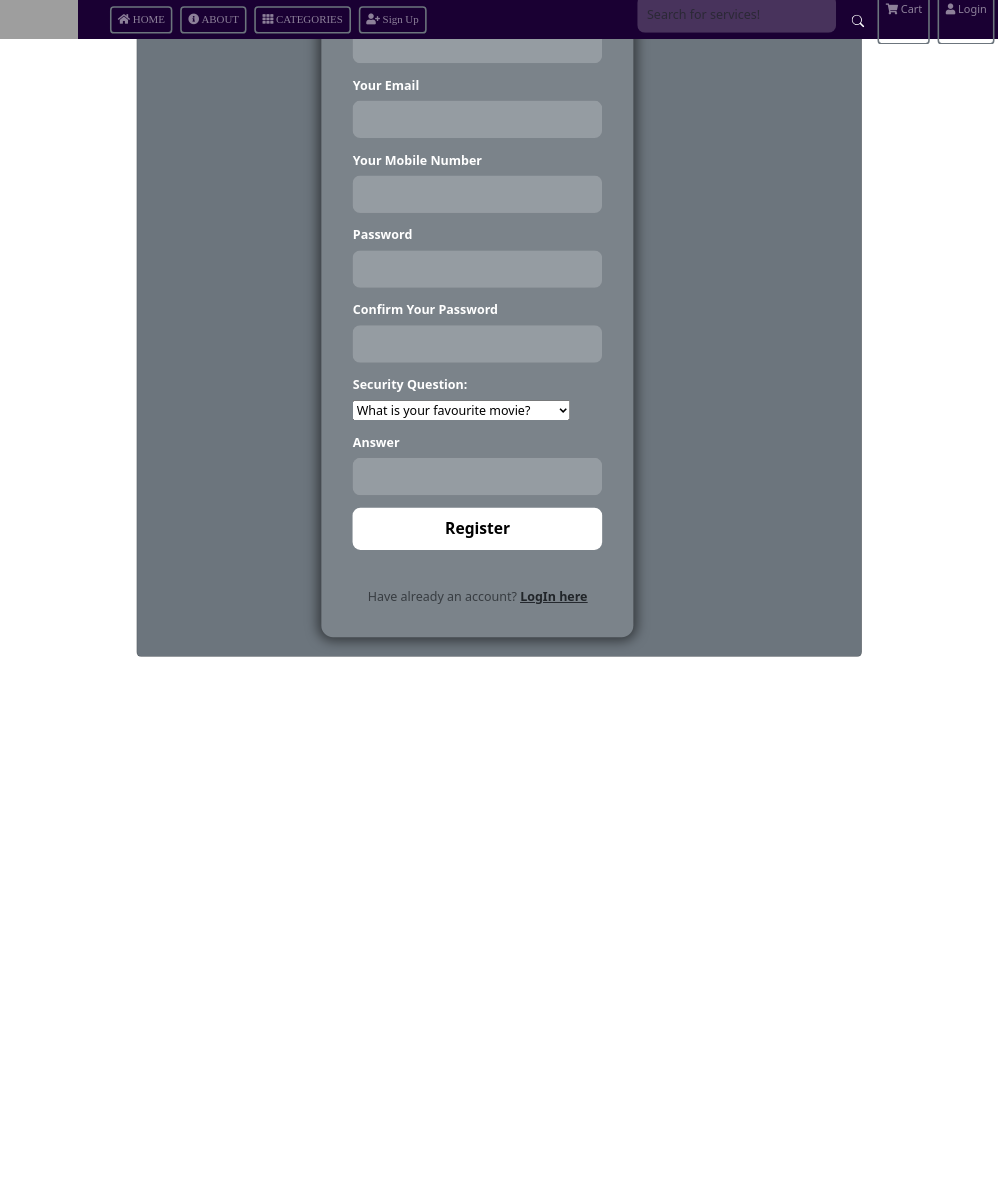
Repository: Ishanibmk/MOVIOT---An-OTT-Platform-using-Java-and-Springboot
Page: http://localhost/OTT/WEB-INF/view/signup.jsp
The author's editor kept a copy of each file at every save. The page is drawn from the files as they stood at one save, then again after the next save.
The browser window is 1280 px wide. The pictures show the whole page, at 78% of full size.
Pictures or frames that could not be fetched are drawn as grey boxes. Some web libraries are served in a nearby version. The page is served by Tomcat 9. Nobody is signed in. The template is opened directly, without the code that normally fills it, so the values that code supplies are empty.

Above is the page before, as saved 2024-03-02 14:30:01.

After the next save:
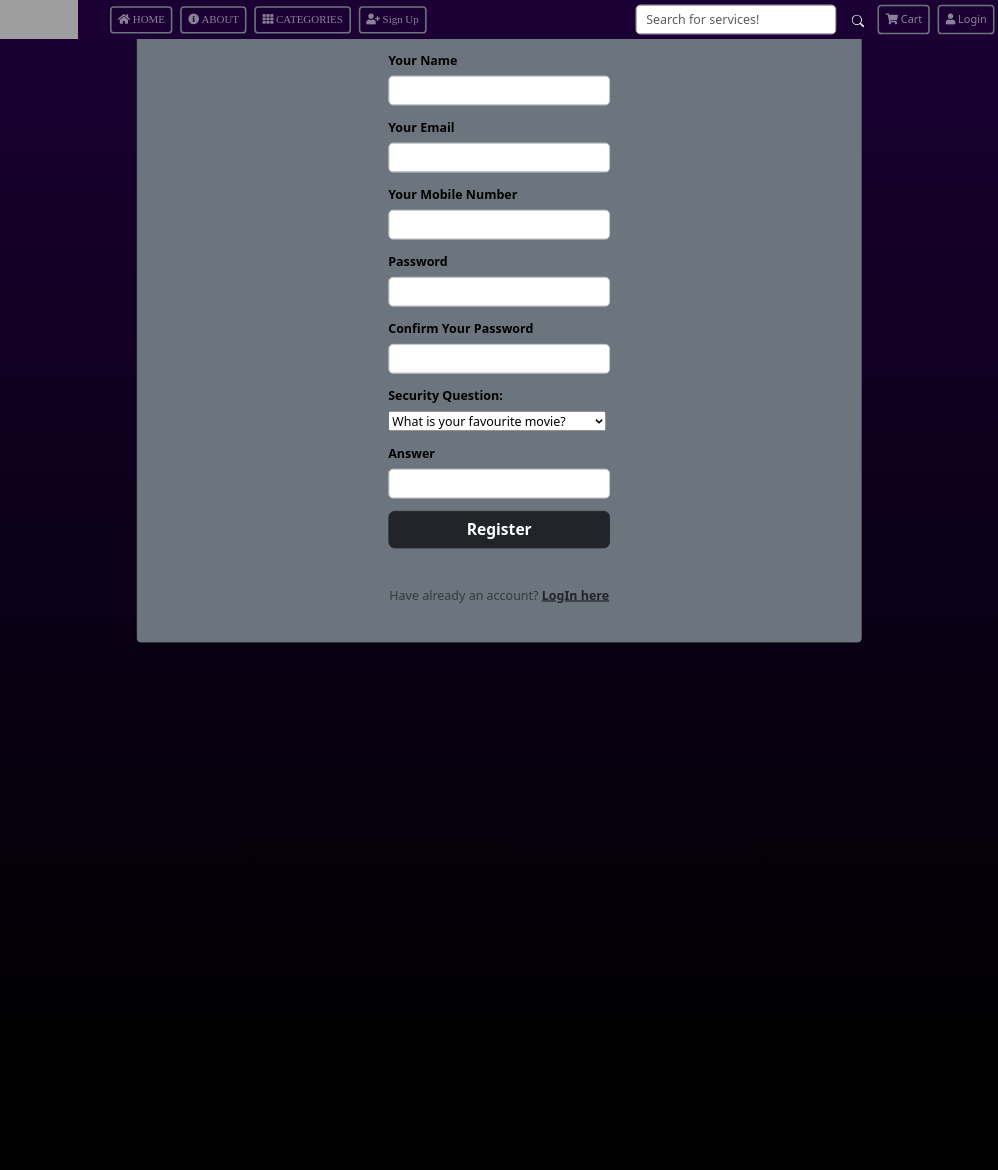
Saved 99 s later.
--- a/Moviot/MOVIOT-main/ott/OTT/src/main/webapp/WEB-INF/view/signup.jsp
+++ b/Moviot/MOVIOT-main/ott/OTT/src/main/webapp/WEB-INF/view/signup.jsp
@@ -9,86 +9,29 @@
     <title>Registration Form For User</title>
     <link href="https://cdn.jsdelivr.net/npm/bootstrap@5.3.0-alpha1/dist/css/bootstrap.min.css" rel="stylesheet"
           integrity="sha384-GLhlTQ8iRABdZLl6O3oVMWSktQOp6b7In1Zl3/Jr59b6EGGoI1aFkw7cmDA6j6gD" crossorigin="anonymous">
-<style>
-    /* Custom CSS for navbar styling */
-    .navbar {
-      background-color: hsl(270, 100%, 10%); /* Dark background color */
-      height: 50px; /* Adjust the height as needed */
-    }
-    .navbar-brand img {
-      margin-right: 20px; /* Adjust as needed */
-    }
-    .navbar-nav .nav-item {
-      border: 2px solid #6c757d; /* Gray border */
-      border-radius: 5px;
-      margin: 0 5px;
-    }
-    .navbar-nav .nav-link {
-      padding: 5px 10px; /* Adjust padding */
-      font-size: 14px; /* Adjust font size */
-      color: #fff; /* White text color */
-    }
-    .navbar-nav .nav-item:hover .nav-link {
-      background-color: black; /* Gray background color */
-    }
-    .navbar-nav .form-control {
-      margin-right: 10px; /* Adjust as needed */
-    }
-    .navbar-nav .btn-outline-light {
-      color: #fff; /* White text color */
-    }
-    /* Additional styles for form container */
-    .form-container {
-      margin-top: 20px; /* Add margin to start below the header */
-      display: flex;
-      justify-content: center; /* Horizontally center align */
-      align-items: center; /* Vertically center align */
-      height: calc(100vh - 70px); /* Full viewport height minus navbar height and margin-top */
-    }
-    .form-container form {
-      background-color: rgba(255, 255, 255, 0.1);
-      padding: 40px;
-      border-radius: 15px;
-      box-shadow: 0px 0px 15px 5px rgba(0, 0, 0, 0.5);
-      max-width: 400px;
-      width: 80%;
-    }
-    .form-label {
-      color: #ffffff;
-    }
-    .form-control {
-      background-color: rgba(255, 255, 255, 0.2);
-      color: #ffffff;
-      border: none;
-      border-radius: 10px;
-      padding: 12px;
-      margin-bottom: 15px; /* Add margin between form fields */
-    }
-    .btn-lg {
-      background-color: #ffffff;
-      color: #000000;
-      border: none;
-      border-radius: 10px;
-      font-weight: bold;
-      padding: 12px 24px;
-    }
-</style>
-
-
+    <style>
+        body {
+            background: linear-gradient(to bottom, hsl(270, 100%, 10%), black 90%); /* Gradient background */
+            color: #ffffff; /* White text color */
+            min-height: 100vh; /* Ensure the background covers the full viewport height */
+            margin: 0; /* Remove default margin */
+            padding: 0; /* Remove default padding */
+        }
+        .form-container {
+            padding-top: 50px; /* Add padding to the top of the form */
+            padding-bottom: 50px; /* Add padding to the bottom of the form */
+        }
+    </style>
 </head>
 <body>
-<section class="form-container">
+<section class="vh-100 d-flex justify-content-center align-items-center">
     <div class="col-lg-12 col-xl-9" >
         <div class="card text-black bg-secondary">
-            <div class="card-body p-md-4">
+            <div class="card-body p-md-5">
                 <div class="row justify-content-center">
-                    <div class="col-md-10 col-lg-8 col-xl-7 order-2 order-lg-1">
-                        <p class="text-center h1 fw-bold mb-4 mx-1 mx-md-4 mt-3"><b>Sign up</b></p>
+                    <div class="col-md-10 col-lg-6 col-xl-5 order-2 order-lg-1">
+                        <p class="text-center h1 fw-bold mb-5 mx-1 mx-md-4 mt-4"><b>Sign up</b></p>
                         <form action="regprocess" method="post" class="mx-1 mx-md-4">
-
-
-
-
                             <div class="mb-3">
                                 <label for="validationDefault01" class="form-label"><b>Your Name</b></label>
                                 <input type="text" id="validationDefault01" name="uname" class="form-control" required/>
